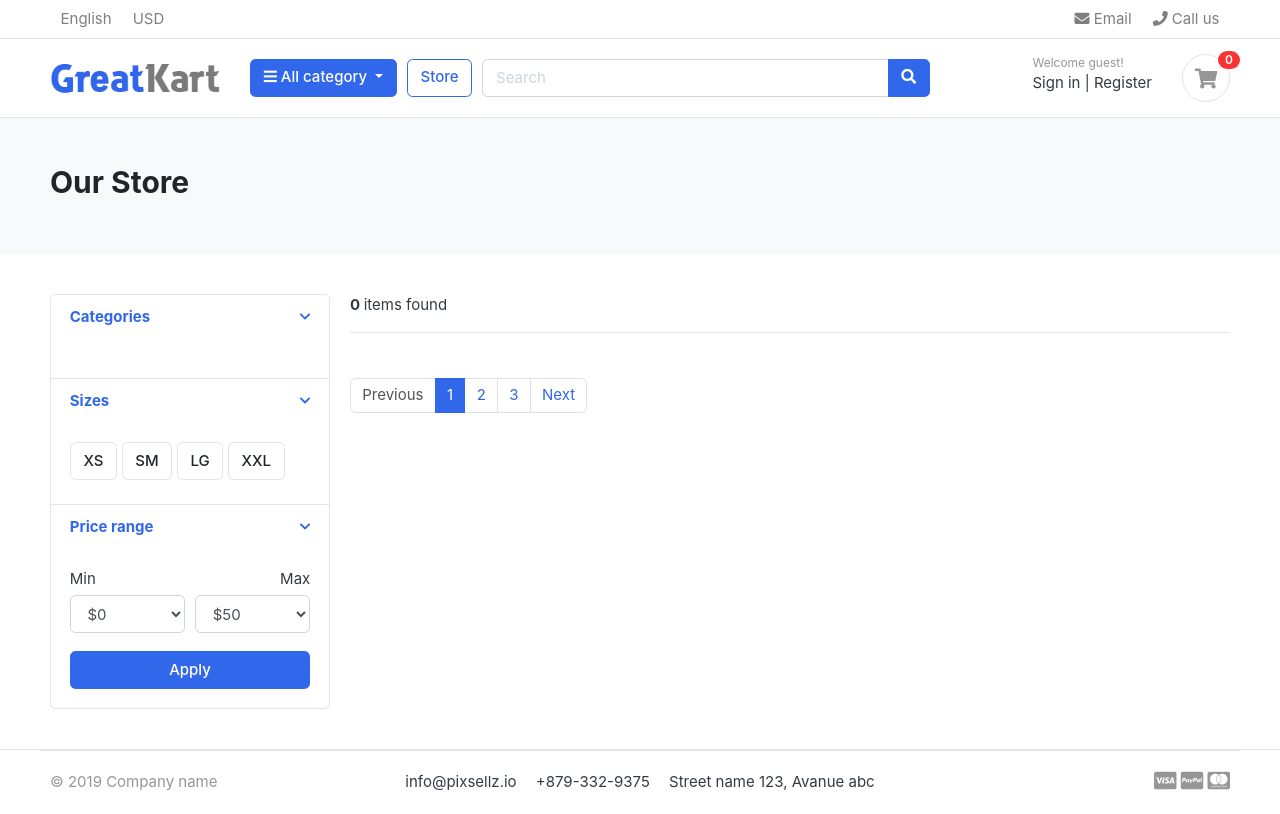
Repository: deesumishra/greatkartpro
Page: http://localhost/store/
These files come from the project's save history. The page is drawn as it stood at one moment and after the next save; the edit follows.
The browser window is 1280 px wide. The pictures show the whole page.
Some web fonts or font styles are not loaded; a fallback is used. The page is served by the project's application, run on Django 5.2 (manage.py). Other server files are loaded and not shown. Queries for data that is not in the repository find no rows.

Above is the page before, as saved 2024-04-10 23:23:40.

### templates/store/store.html
{% extends 'base.html' %}

{% block content %}
{%load static %}
    <!-- ========================= SECTION INTRO END// ========================= -->
    <!-- ========================= SECTION PAGETOP ========================= -->
<section class="section-pagetop bg">
    <div class="container">
        <h2 class="title-page">Our Store</h2>

    </div> <!-- container //  -->
    </section>
    <!-- ========================= SECTION INTRO END// ========================= -->

    <!-- ========================= SECTION CONTENT ========================= -->
    <section class="section-content padding-y">
    <div class="container">

    <div class="row">
        <aside class="col-md-3">

    <div class="card">
        <article class="filter-group">
            <header class="card-header">
                <a href="#" data-toggle="collapse" data-target="#collapse_1" aria-expanded="true" class="">
                    <i class="icon-control fa fa-chevron-down"></i>
                    <h6 class="title">Categories</h6>
                </a>
            </header>
            <div class="filter-content collapse show" id="collapse_1" style="">
                <div class="card-body">

                    <ul class="list-menu">
                    {% for category in links %}
                    <li><a href="{{category.get_url}}">{{category.category_name}}  </a></li>
                    {%endfor%}
                    </ul>

                </div> <!-- card-body.// -->
            </div>
        </article> <!-- filter-group  .// -->
        <article class="filter-group">
            <header class="card-header">
                <a href="#" data-toggle="collapse" data-target="#collapse_4" aria-expanded="true" class="">
                    <i class="icon-control fa fa-chevron-down"></i>
                    <h6 class="title">Sizes </h6>
                </a>
            </header>
            <div class="filter-content collapse show" id="collapse_4" style="">
                <div class="card-body">
                  <label class="checkbox-btn">
                    <input type="checkbox">
                    <span class="btn btn-light"> XS </span>
                  </label>

                  <label class="checkbox-btn">
                    <input type="checkbox">
                    <span class="btn btn-light"> SM </span>
                  </label>

                  <label class="checkbox-btn">
                    <input type="checkbox">
                    <span class="btn btn-light"> LG </span>
                  </label>

                  <label class="checkbox-btn">
                    <input type="checkbox">
                    <span class="btn btn-light"> XXL </span>
                  </label>
            </div><!-- card-body.// -->
            </div>
        </article> <!-- filter-group .// -->

        <article class="filter-group">
            <header class="card-header">
                <a href="#" data-toggle="collapse" data-target="#collapse_3" aria-expanded="true" class="">
                    <i class="icon-control fa fa-chevron-down"></i>
                    <h6 class="title">Price range </h6>
                </a>
            </header>
            <div class="filter-content collapse show" id="collapse_3" style="">
                <div class="card-body">

                    <div class="form-row">
                    <div class="form-group col-md-6">
                      <label>Min</label>
                      <!-- <input class="form-control" placeholder="$0" type="number"> -->
                          <select class="mr-2 form-control">
                            <option value="0">$0</option>
                            <option value="50">$50</option>
                            <option value="100">$100</option>
                            <option value="150">$150</option>
                            <option value="200">$200</option>
                            <option value="500">$500</option>
                            <option value="1000">$1000</option>
                        </select>
                    </div>
                    <div class="form-group text-right col-md-6">
                      <label>Max</label>
                          <select class="mr-2 form-control">
                            <option value="50">$50</option>
                            <option value="100">$100</option>
                            <option value="150">$150</option>
                            <option value="200">$200</option>
                            <option value="500">$500</option>
                            <option value="1000">$1000</option>
                            <option value="2000">$2000+</option>
                        </select>
                    </div>
                    </div> <!-- form-row.// -->
                    <button class="btn btn-block btn-primary">Apply</button>
                </div><!-- card-body.// -->
            </div>
        </article> <!-- filter-group .// -->

    </div> <!-- card.// -->

        </aside> <!-- col.// -->
        <main class="col-md-9">

    <header class="border-bottom mb-4 pb-3">
            <div class="form-inline">
                <span class="mr-md-auto"><b>{{product_count}} </b> items found</span>

            </div>
    </header><!-- sect-heading -->

    <div class="row">
        {% for prod in products %}
        <div class="col-md-4">
            <figure class="card card-product-grid">
                <div class="img-wrap">

                    <img src="{{prod.images.url}}">

                </div> <!-- img-wrap.// -->
                <figcaption class="info-wrap">
                    <div class="fix-height">
                        <a href="./product-detail.html" class="title">{{prod.product_name}}</a>
                        <div class="price-wrap mt-2">
                            <span class="price">${{prod.price}}</span>

                        </div> <!-- price-wrap.// -->
                    </div>
                    <a href="#" class="btn btn-block btn-primary">Add to cart </a>
                </figcaption>
            </figure>
        </div> <!-- col.// -->
    {% endfor %}
    </div> <!-- row end.// -->


    <nav class="mt-4" aria-label="Page navigation sample">
      <ul class="pagination">
        <li class="page-item disabled"><a class="page-link" href="#">Previous</a></li>
        <li class="page-item active"><a class="page-link" href="#">1</a></li>
        <li class="page-item"><a class="page-link" href="#">2</a></li>
        <li class="page-item"><a class="page-link" href="#">3</a></li>
        <li class="page-item"><a class="page-link" href="#">Next</a></li>
      </ul>
    </nav>

        </main> <!-- col.// -->

    </div>

    </div> <!-- container .//  -->
    </section>
    <!-- ========================= SECTION CONTENT END// ========================= -->

{% endblock %}

### category/context_processor.py
from .models import category

def menu_links(request):
    links= category.objects.all()
    return dict(links=links)

### templates/base.html
{% load static %}
<!DOCTYPE HTML>
<html lang="en">
<head>
<meta charset="utf-8">
<meta http-equiv="pragma" content="no-cache" />
<meta http-equiv="cache-control" content="max-age=604800" />
<meta name="viewport" content="width=device-width, initial-scale=1, shrink-to-fit=no">

<title>GreatKart | One of the Biggest Online Shopping Platform</title>

<link href="{% static 'images/favicon.ico' %}" rel="shortcut icon" type="image/x-icon">

<!-- jQuery -->
<script src="{% static 'js/jquery-2.0.0.min.js' %}" type="text/javascript"></script>

<!-- Bootstrap4 files-->
<script src="{% static 'js/bootstrap.bundle.min.js' %}" type="text/javascript"></script>
<link href="{% static 'css/bootstrap.css' %}" rel="stylesheet" type="text/css"/>

<!-- Font awesome 5 -->
<link href="{% static 'fonts/fontawesome/css/all.min.css' %}" type="text/css" rel="stylesheet">

<!-- custom style -->
<link href="{% static 'css/ui.css' %}" rel="stylesheet" type="text/css"/>
<link href="{% static 'css/responsive.css' %}" rel="stylesheet" media="only screen and (max-width: 1200px)" />

<!-- custom javascript -->
<script src="{% static 'js/script.js' %}" type="text/javascript"></script>

<script type="text/javascript">
/// some script

// jquery ready start
$(document).ready(function() {
	// jQuery code

});
// jquery end
</script>

</head>
<body>
	<!-- nav bar -->

	{% include 'includes/navbar.html' %}
	{% block content %}
	<!-- content -->
	{% endblock %}

	<!-- footer -->
	{% include 'includes/footer.html' %}

### templates/includes/navbar.html
{% load static %}
<header class="section-header">
    <nav class="navbar p-md-0 navbar-expand-sm navbar-light border-bottom">
    <div class="container">
      <button class="navbar-toggler" type="button" data-toggle="collapse" data-target="#navbarTop4" aria-controls="navbarNav" aria-expanded="false" aria-label="Toggle navigation">
        <span class="navbar-toggler-icon"></span>
      </button>
      <div class="collapse navbar-collapse" id="navbarTop4">
        <ul class="navbar-nav mr-auto">
            <li class="nav-item dropdown">
                 <a href="#" class="nav-link">   English </a>

            </li>
            <li class="nav-item dropdown">
                <a href="#" class="nav-link"> USD </a>
            </li>
        </ul>
        <ul class="navbar-nav">
            <li><a href="#" class="nav-link"> <i class="fa fa-envelope"></i> Email </a></li>
            <li><a href="#" class="nav-link"> <i class="fa fa-phone"></i> Call us </a></li>
        </ul> <!-- list-inline //  -->
      </div> <!-- navbar-collapse .// -->
    </div> <!-- container //  -->
    </nav>

    <section class="header-main border-bottom">
        <div class="container">
    <div class="row align-items-center">
        <div class="col-lg-2 col-md-3 col-6">
            <a href="{% url 'home' %}" class="brand-wrap">
                <img class="logo" src="{% static './images/logo.png' %}">
            </a> <!-- brand-wrap.// -->
        </div>
        <div class="col-lg col-sm col-md col-6 flex-grow-0">
            <div class="category-wrap dropdown d-inline-block float-right">
                <button type="button" class="btn btn-primary dropdown-toggle" data-toggle="dropdown">
                    <i class="fa fa-bars"></i> All category
                </button>
                <div class="dropdown-menu">
                    {% for category in links %}
                    <a class="dropdown-item" href="{{ category.get_url }}">{{category.category_name}} </a>
                    {% endfor %}
                </div>
            </div>  <!-- category-wrap.// -->
        </div> <!-- col.// -->
        <a href="{% url 'store'%}" class="btn btn-outline-primary">Store</a>
        <div class="col-lg  col-md-6 col-sm-12 col">
            <form action="#" class="search">
                <div class="input-group w-100">
                    <input type="text" class="form-control" style="width:60%;" placeholder="Search">

                    <div class="input-group-append">
                      <button class="btn btn-primary" type="submit">
                        <i class="fa fa-search"></i>
                      </button>
                    </div>
                </div>
            </form> <!-- search-wrap .end// -->
        </div> <!-- col.// -->
        <div class="col-lg-3 col-sm-6 col-8 order-2 order-lg-3">
                    <div class="d-flex justify-content-end mb-3 mb-lg-0">
                        <div class="widget-header">
                            <small class="title text-muted">Welcome guest!</small>
                            <div>
                                <a href="./signin.html">Sign in</a> <span class="dark-transp"> | </span>
                                <a href="./register.html"> Register</a>
                            </div>
                        </div>
                        <a href="./cart.html" class="widget-header pl-3 ml-3">
                            <div class="icon icon-sm rounded-circle border"><i class="fa fa-shopping-cart"></i></div>
                            <span class="badge badge-pill badge-danger notify">0</span>
                        </a>
                    </div> <!-- widgets-wrap.// -->
                </div> <!-- col.// -->
    </div> <!-- row.// -->
        </div> <!-- container.// -->
    </section> <!-- header-main .// -->

    </header> <!-- section-header.// -->

### templates/includes/footer.html
{% load static %}
<!-- ========================= FOOTER ========================= -->
<footer class="section-footer border-top">
	<div class="container">
		<section class="footer-bottom border-top row">
			<div class="col-md-2">
				<p class="text-muted"> &copy 2019 Company name </p>
			</div>
			<div class="col-md-8 text-md-center">
				<span  class="px-2">info@pixsellz.io</span>
				<span  class="px-2">+879-332-9375</span>
				<span  class="px-2">Street name 123, Avanue abc</span>
			</div>
			<div class="col-md-2 text-md-right text-muted">
				<i class="fab fa-lg fa-cc-visa"></i>
				<i class="fab fa-lg fa-cc-paypal"></i>
				<i class="fab fa-lg fa-cc-mastercard"></i>
			</div>
		</section>
	</div><!-- //container -->
</footer>
<!-- ========================= FOOTER END // ========================= -->

### store/views.py
from django.shortcuts import render,get_object_or_404
from .models import Product
from category.models import category

# Create your views here.
def store(request,category_slug=None):
    categories = None
    products = None
    if category_slug != None:
        categories = get_object_or_404(category,slug=category_slug)
        products = Product.objects.all().filter(category=categories,is_available=True)
        product_count=products.count()
    else:
        products = Product.objects.all().filter(is_available=True)
        product_count = products.count()
    context = {
        'products':products,
        'product_count':product_count,
    }

    return render(request,'store/store.html',context)

### greatkartapp/urls.py
"""
URL configuration for greatkartapp project.

The `urlpatterns` list routes URLs to views. For more information please see:
    https://docs.djangoproject.com/en/5.0/topics/http/urls/
Examples:
Function views
    1. Add an import:  from my_app import views
    2. Add a URL to urlpatterns:  path('', views.home, name='home')
Class-based views
    1. Add an import:  from other_app.views import Home
    2. Add a URL to urlpatterns:  path('', Home.as_view(), name='home')
Including another URLconf
    1. Import the include() function: from django.urls import include, path
    2. Add a URL to urlpatterns:  path('blog/', include('blog.urls'))
"""
from django.contrib import admin
from django.urls import path,include
from . import views
from django.conf.urls.static import static
from django.conf import settings

urlpatterns = [
    path('admin/', admin.site.urls),
    path('',views.home,name='home'),
    path('store/',include('store.urls')),
]+ static(settings.MEDIA_URL,document_root=settings.MEDIA_ROOT)

### store/urls.py
from django.urls import path

from . import views

urlpatterns=[
    path('',views.store,name='store'),
    path('<slug:category_slug>/',views.store,name='product_by_category'),
]

### greatkartapp/static/css/responsive.css
.mobile-block {
  display: none;
}

@media (max-width: 1200px) {
  /* tablet devices */
}
@media (max-width: 992px) {
  /* small tablet devices */
  .slider-main .item-slide {
    height: auto;
  }

  .table-shopping-cart tr td:first-child {
    width: 250px;
  }
  .table-shopping-cart .itemside .info {
    padding: 0;
  }
  .table-shopping-cart .itemside .aside {
    display: none;
  }
}
@media all and (max-width: 768px) {
  /* mobile devices */
  .mobile-block {
    display: block;
  }

  .mobile-hide {
    display: none;
  }

  .section-header .logo {
    max-height: 40px;
    width: auto;
  }
  .section-header .header-main .brand-wrap {
    margin-bottom: 1rem;
    display: inline-block;
  }
  .section-header .header-main .search {
    margin-bottom: 1rem;
  }

  .item-feature {
    margin-bottom: 20px;
  }

  .mobile-order-first {
    order: -1;
  }

  .mobile-order-1 {
    order: 1;
  }

  .mobile-order-2 {
    order: 2;
  }

  .mobile-order-3 {
    order: 3;
  }

  .mobile-py {
    padding-top: 20px;
    padding-bottom: 20px;
  }

  .mobile-pb {
    padding-bottom: 20px;
  }

  .mobile-pt {
    padding-top: 20px;
  }

  .navbar-expand .navbar-collapse {
    flex-direction: column;
  }
}

/*# sourceMappingURL=responsive.css.map */

Loaded but not shown: greatkartapp/static/js/jquery-2.0.0.min.js (library); greatkartapp/static/js/bootstrap.bundle.min.js (library); greatkartapp/static/css/bootstrap.css (library); greatkartapp/static/fonts/fontawesome/css/all.min.css (library); greatkartapp/static/js/script.js (59 lines, source omitted); greatkartapp/static/css/ui.css (1415 lines, source omitted)

After the next save:
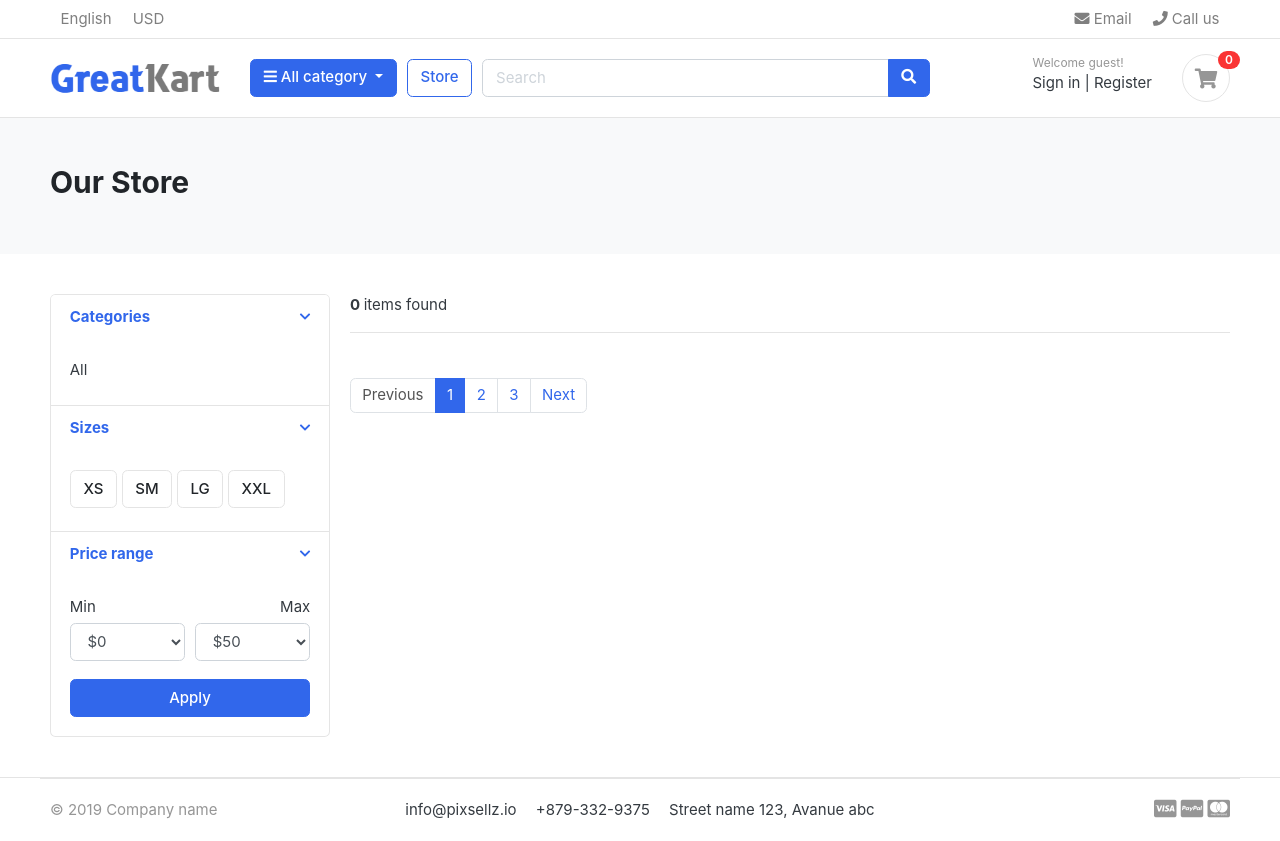
Saved 3 min 40 s later.
--- a/templates/store/store.html
+++ b/templates/store/store.html
@@ -31,6 +31,8 @@
                 <div class="card-body">
 
                     <ul class="list-menu">
+                    <li><a href="{% url 'store'%}">All </a></li>
+
                     {% for category in links %}
                     <li><a href="{{category.get_url}}">{{category.category_name}}  </a></li>
                     {%endfor%}
